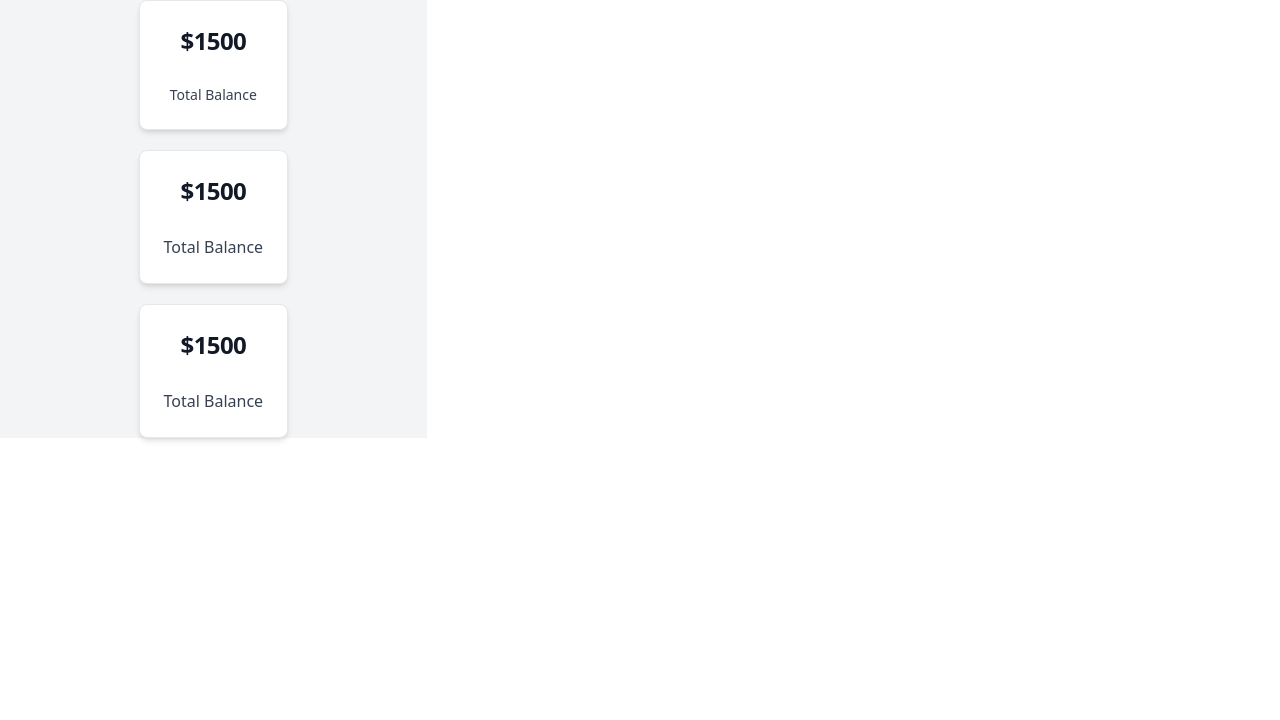
Repository: Elishaokon13/detfrix
Page: /dashboard
An editor plug-in stored every save of this project. The page is shown before and after a run of saves, followed by the edit.
The browser window is 1280 px wide. The pictures show the whole page.
Pictures or frames that could not be fetched are drawn as grey boxes. The project was rebuilt for these pictures with package versions that can differ from the ones it lists, and the page was loaded fresh each time. Also part of the build but not shown: src/pages/SignIn.jsx, src/components/HomeHero.jsx, src/components/Navbar.jsx, src/components/Banner.jsx, src/components/Features.jsx, src/components/Footer.jsx, src/components/Plan.jsx, src/components/Testimonals.jsx and 3 more.

Above is the page before, as saved 2022-10-03 22:15:52.

After the next 4 saves:
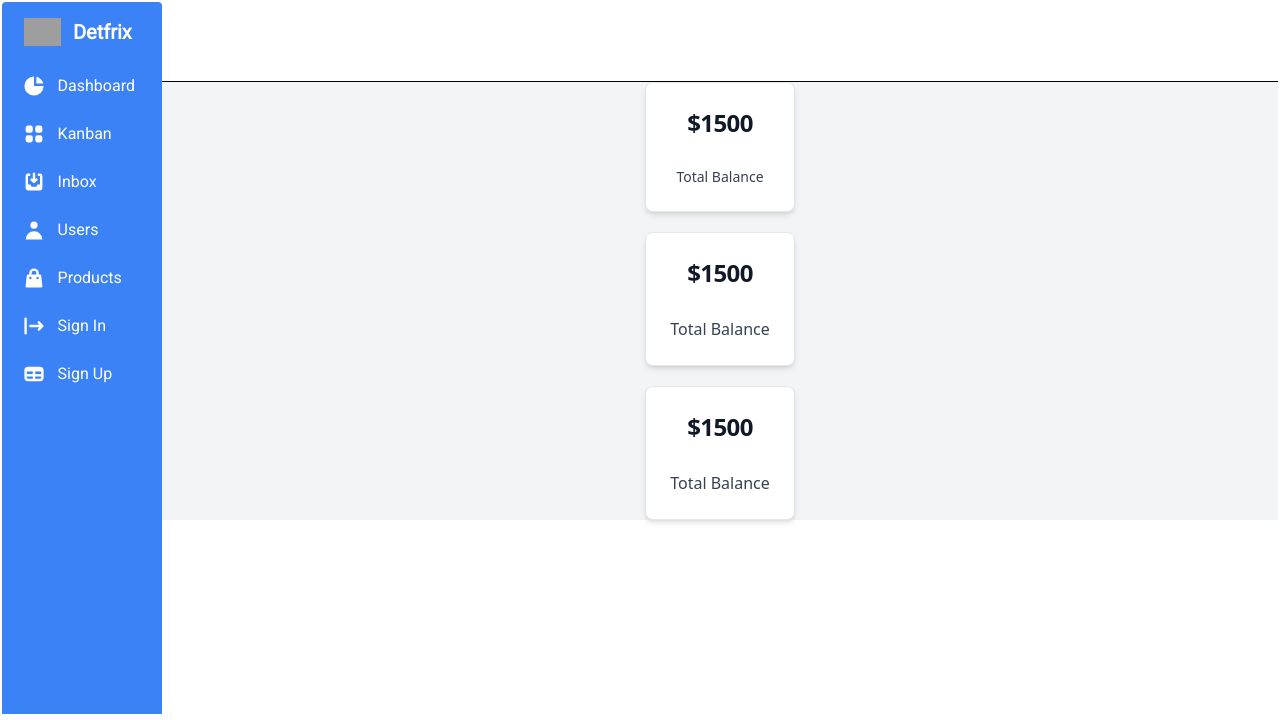
The 4 saves are shown as one change because 2 did not build or start and some came seconds apart.
The last was saved 16 s later.
--- a/src/pages/Dashboard.jsx
+++ b/src/pages/Dashboard.jsx
@@ -1,13 +1,12 @@
-import React from "react"
-import Sidebar from "../components/Sidebar"
-import Portfolio from "../portfolio/Portfolio"
+import React from "react";
+import Sidebar from "../components/Sidebar";
+import DashboardLayout from "../organism/layout/DashboardLayout";
+import Portfolio from "../portfolio/Portfolio";
 
 export default function Dashboard() {
-    return (
-        <div className="grid grid-cols-3">
-
-            <Portfolio />
-
-        </div>
-    )
+   return (
+      <DashboardLayout>
+         <Portfolio />
+      </DashboardLayout>
+   );
 }
